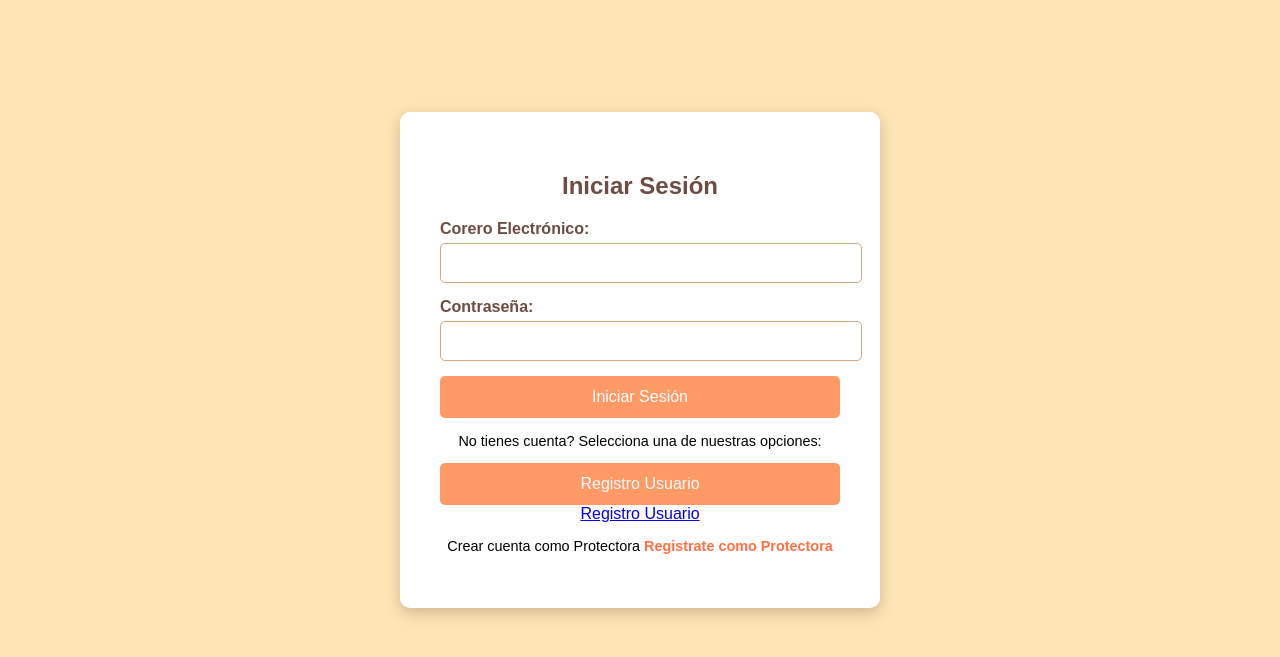
Repository: adriarodrisan/PetLover
Page: Paginas_web/Inicio_Sesion.html
An editor plug-in stored every save of this project. The page is shown before and after the next save, followed by the edit.
The browser window is 1280 px wide. The pictures show the whole page.

Above is the page before, as saved 2025-03-05 14:32:18.

### Paginas_web/Inicio_Sesion.html
<!DOCTYPE html>
<html lang="en">
<head>
    <meta charset="UTF-8">
    <meta name="viewport" content="width=device-width, initial-scale=1.0">
    <title>Pet_Lover - registros </title>
    <link rel="stylesheet" href="/Css_Paginas/Inicio_Session.css">
</head>
<body>
    <div class="fondo">
            <form id="loginForm" action="" method="POST">
                <h2>Iniciar Sesión</h2>
                <label for="email"> Corero Electrónico:</label>
                <input type="email" id="email" name="email" required>

                <label for="password">Contraseña:</label>
                <input type="password" id="password" name="password" required>

                <button type="submit"> Iniciar Sesión</button>

                <p> No tienes cuenta? Selecciona una de nuestras opciones:</p>
                <div class="registro-opciones">
                    <a href="/Paginas_web/registro.html"></a>
                        <button type="button" class="registrar">Registro Usuario</button>
                    </a>
                <a href="/Paginas_web/registro.html">Registro Usuario</a></p>
                <p>Crear cuenta como Protectora <a href="/Paginas_web/registro_protectora.html">Registrate como Protectora</a></p>
            </form>

        </div>

    </div>

</body>
</html>

### Css_Paginas/Inicio_Session.css
body{
    font-family: 'Arial', sans-serif;
    background-color: #ffe5b4;
    display: flex;
    justify-content: center;
    height: 100vh;
    margin: 0;
    align-items: center;

}
.fondo {
    background-color: white;
    padding: 40px;
    border-radius: 10px;
    box-shadow: 0px 5px 15px rgba(0, 0, 0, 0.2);
    text-align: center;
    width: 400px;
    display: flex;
    flex-direction: column;
    align-items: center;
}
h2{
    color: #6d4c41;
    margin-bottom: 20px;
}
form{
    display: flex;
    flex-direction: column;
    width: 100%;
}
label{
    text-align: left;
    font-weight: bold;
    color: #6d4c41;
    margin-bottom: 5px;
}
input{
    padding: 10px;
    margin-bottom: 15px;
    border: 1px solid #d3a87c;
    border-radius: 5px;
    font-size: 1rem;
    width: 100%;

}
button{
    background-color: #FF9966;
    color: white;
    padding: 12px;
    border: none;
    border-radius: 5px;
    cursor: pointer;
    font-size: 1rem;
    width: 100%;
}
button:hover{
    background-color: #FF7043;
}
p {
    margin-top: 15px;
    font-size: 0.9rem;
}

p a {
    color: #FF7043;
    text-decoration: none;
    font-weight: bold;
}

p a:hover {
    text-decoration: underline;
}

After the next save:
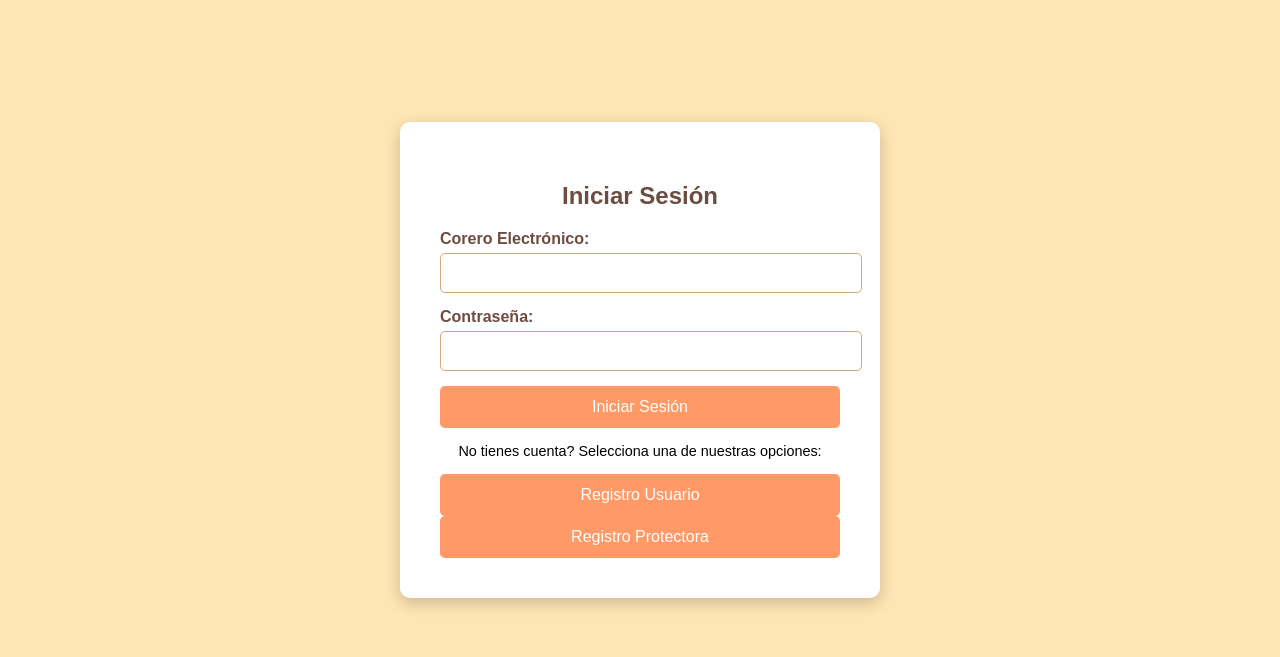
Saved 2 min 58 s later.
--- a/Paginas_web/Inicio_Sesion.html
+++ b/Paginas_web/Inicio_Sesion.html
@@ -23,13 +23,10 @@
                     <a href="/Paginas_web/registro.html"></a>
                         <button type="button" class="registrar">Registro Usuario</button>
                     </a>
-                <a href="/Paginas_web/registro.html">Registro Usuario</a></p>
-                <p>Crear cuenta como Protectora <a href="/Paginas_web/registro_protectora.html">Registrate como Protectora</a></p>
+                    <a href="/Paginas_web/registro_protectora.html"></a>
+                    <button type="button" class="registrar"> Registro Protectora</button>
             </form>
-
         </div>
-
     </div>
-
 </body>
 </html>
